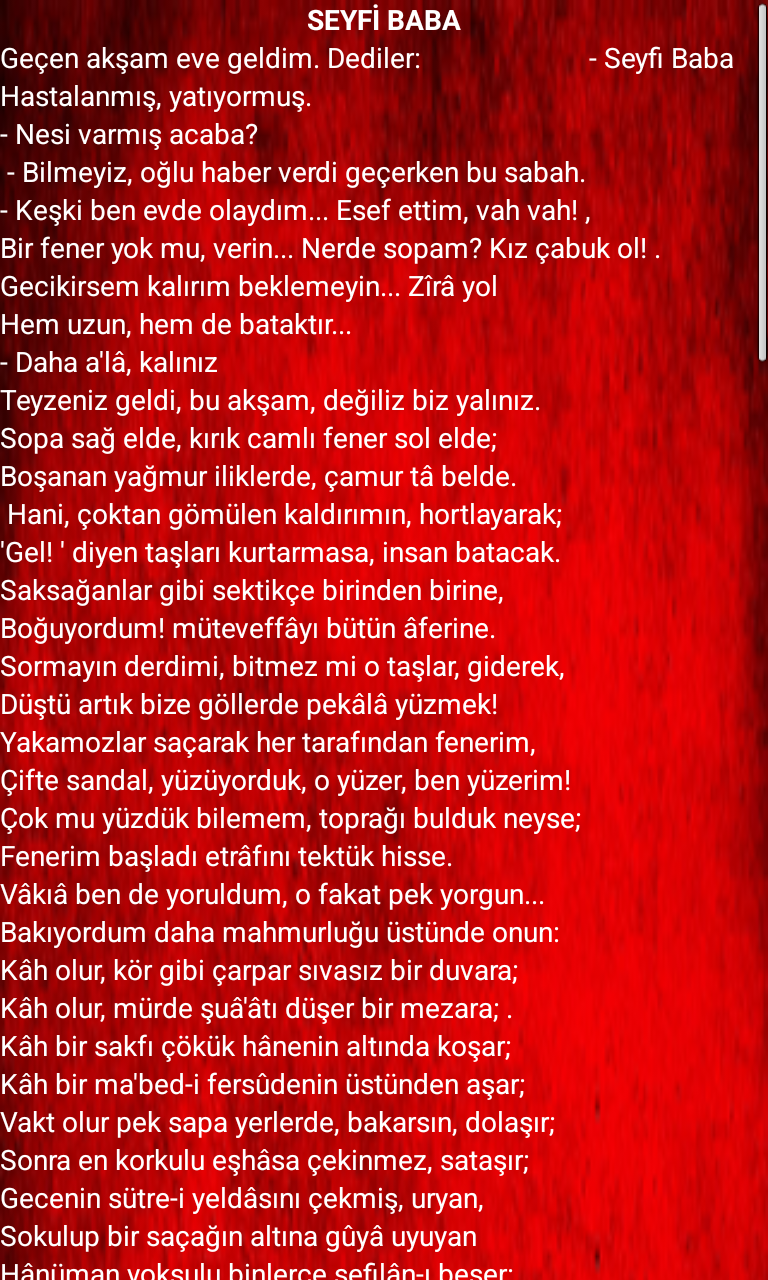
Repository: dokayazilim/Safahat-Android--Uygulamasi
Layout: safahat(android)/Safahat/res/layout/kitap15.xml
An editor plug-in stored every save of this project. The layout is shown before and after the next save, followed by the edit.
It is drawn on a 768 x 1280 px phone screen (xhdpi) without system bars, with theme android:Theme; the app's code is not run.

Above is the layout before, as saved 2012-09-06 14:45:36.

After the next save:
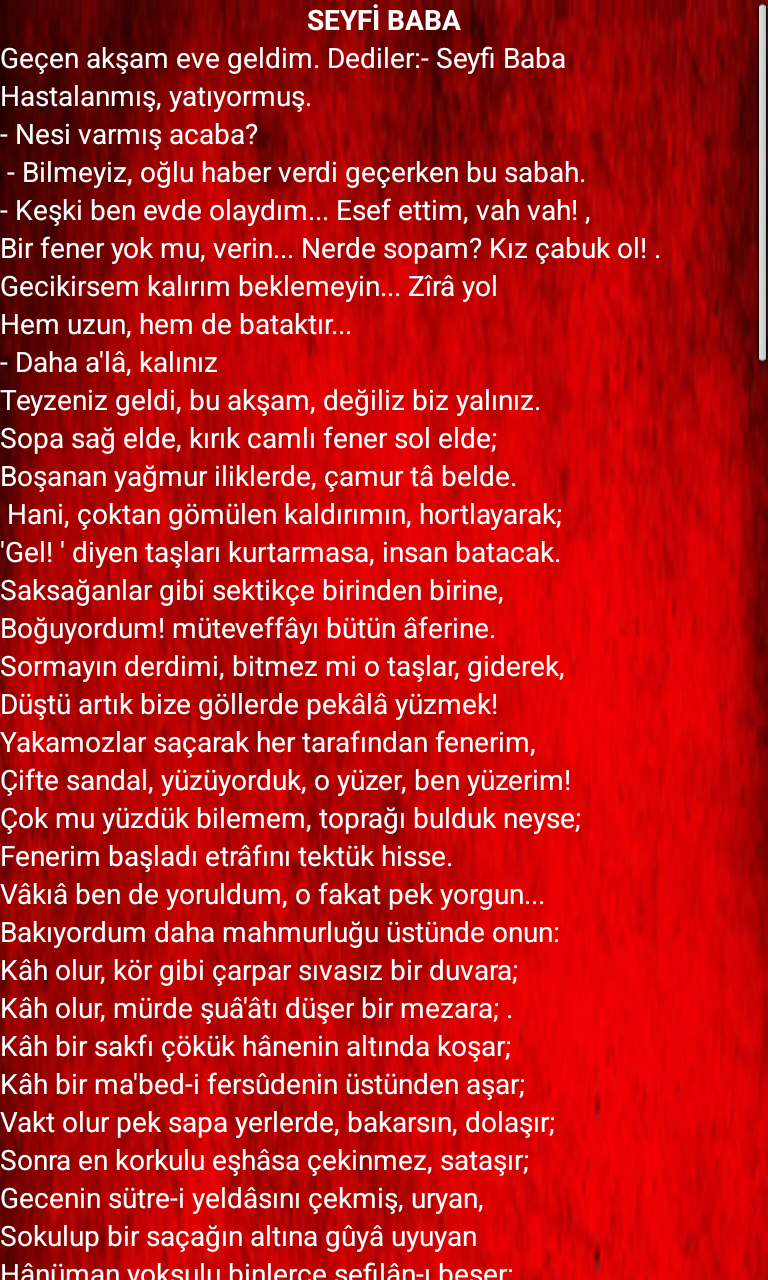
Saved 2 min 46 s later.
--- a/safahat(android)/Safahat/res/layout/kitap15.xml
+++ b/safahat(android)/Safahat/res/layout/kitap15.xml
@@ -14,8 +14,7 @@
         android:id="@+id/textView2"
         android:layout_width="wrap_content"
         android:layout_height="wrap_content"
-        android:text="Geçen akşam eve geldim. Dediler:
-                      - Seyfi Baba
+        android:text="Geçen akşam eve geldim. Dediler:- Seyfi Baba
  " android:textColor="#ffffff"/>
 <TextView
         android:id="@+id/textView3"
